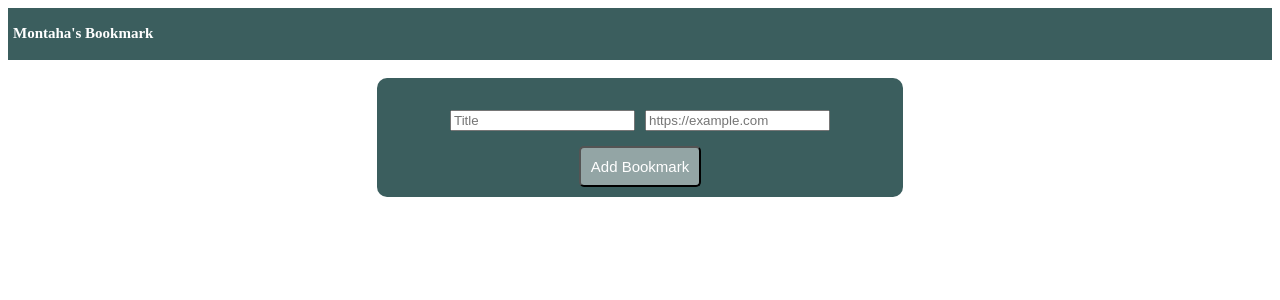
Repository: eidimontaha18-maker/finalproject
Page: index.html
The author's editor kept a copy of each file at every save. The page is drawn from the files as they stood at one save, then again after the next save.
The browser window is 1280 px wide. The pictures show the whole page.

Above is the page before, as saved 2025-11-26 00:24:35.

### index.html
<!DOCTYPE html>
<html lang="en">
<head>
    <meta charset="UTF-8">
    <meta name="viewport" content="width=device-width, initial-scale=1.0">
    <title>Montaha's Bookmark</title>
    <link rel="stylesheet" href="style.css">
</head>
<body>
    <nav>
        <h1>Montaha's Bookmark</h1>
    </nav>
    <br>
    <main>
        <div class="addbookmark">
            <input type="text" placeholder="Title" id="title" />
            <input type="text" placeholder="https://example.com" id="url" />
            <br>
            <button id="addbtn">Add Bookmark</button>
        </div>
        <div>
            <ul id="bookmark-list" class="bookmark-list"></ul>
        </div>
    </main>
     <script src="script.js"></script>
</body>
</html>

### style.css
.addbookmark{
    background-color: rgb(59, 94, 94);
    padding: 10px;
    width: 40%;
    margin: auto;
    border-radius: 10px;
    text-align: center;
    font-size: 40px;
}
#addbtn{
    background-color: rgb(147, 165, 165);
    color: white;
    padding: 10px;
    border-radius: 5px;
    font-size: 15px;
    cursor: pointer;
}

nav{
    background-color: rgb(59, 94, 94);
    text-align: left;
    padding:5px;
    margin-top: 0%;
    font-size: 10px;
    color: white;
    font-weight: bold;
}

.bookmark-list{
    width: 40%;
    margin: auto;
    margin-top: 20px;
    padding: 0;
    list-style-type: none;
}

### script.js
let title = document.getElementById('title');
let url = document.getElementById('url');
let addbtn = document.getElementById('addbtn');

addbtn.addEventListener('click', function() {
    let titleValue = title.value.trim();
    let urlValue = url.value.trim();

    if (titleValue === '' || urlValue === '') {
        alert('Please fill in both fields.');
        return;
    }

    if (!/^https?:\/\//i.test(urlValue)) {
        alert('URL must start with http:// or https://');
        return;
    }

    let bookmarkList = document.getElementById('bookmark-list');
    let listItem = document.createElement('li');

    let link = document.createElement('a');
    link.href = urlValue;
    link.textContent = titleValue;
    link.target = '_blank';

    listItem.appendChild(link);
    bookmarkList.appendChild(listItem);

    title.value = '';
    url.value = '';
});

After the next save:
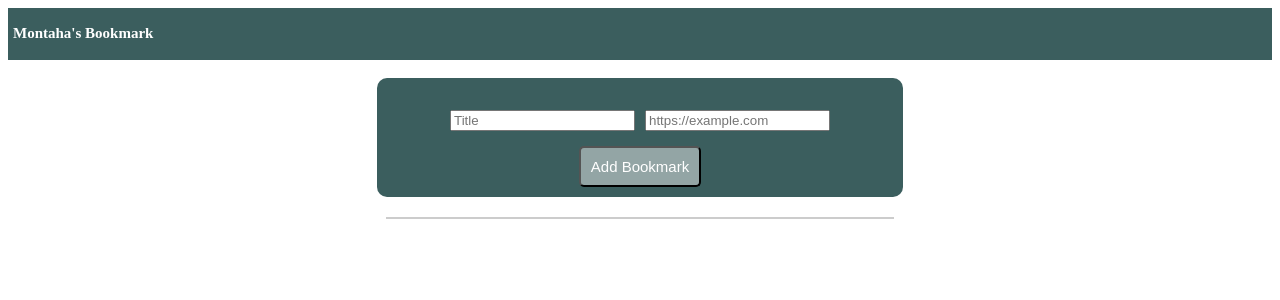
Saved 93 s later.
--- a/style.css
+++ b/style.css
@@ -32,4 +32,5 @@ nav{
     margin-top: 20px;
     padding: 0;
     list-style-type: none;
+    border: 1px solid #ccc;
 }
